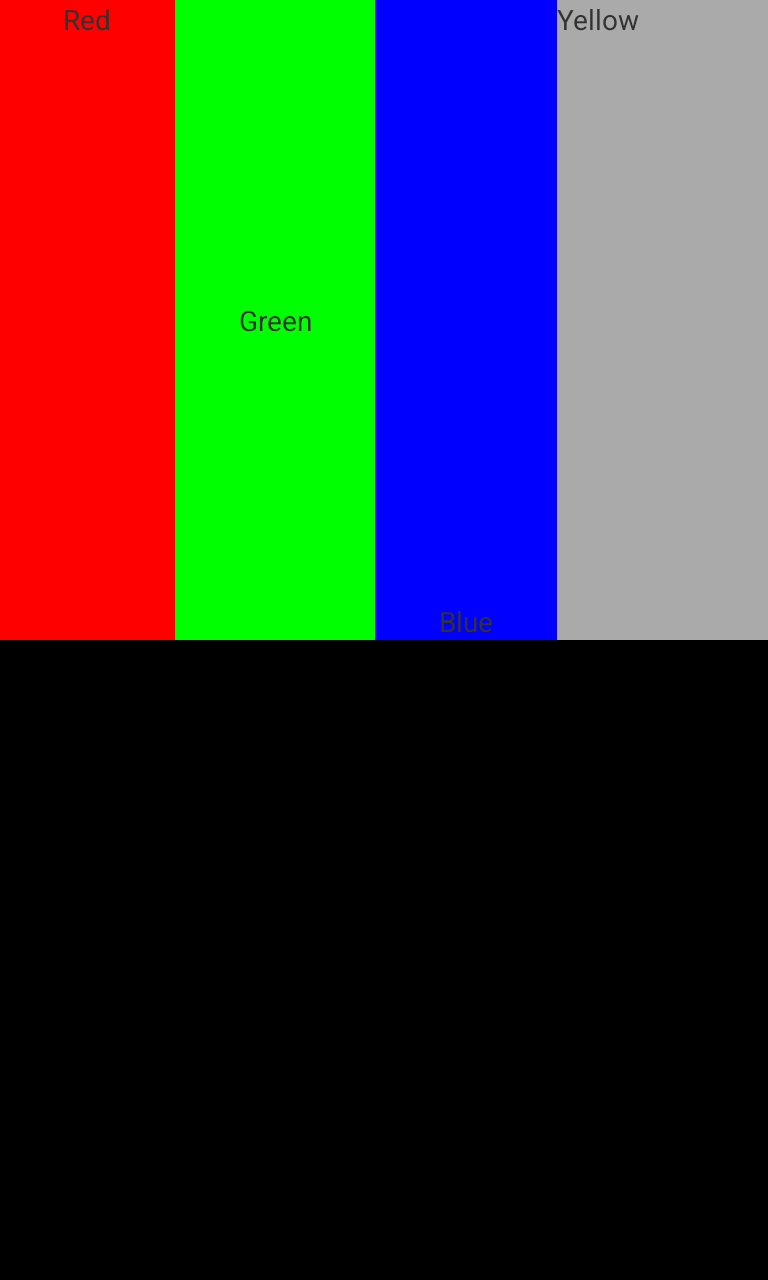
Repository: LuciferUltraM/workspace-utk
Layout: HelloViews/res/layout/activity_main.xml
The author's editor kept a copy of each file at every save. The layout is drawn from the files as they stood at one save, then again after the next save.
It is drawn on a 768 x 1280 px phone screen (xhdpi) without system bars, with theme AppTheme; the app's code is not run.

Above is the layout before, as saved 2013-05-22 08:00:31.

After the next save:
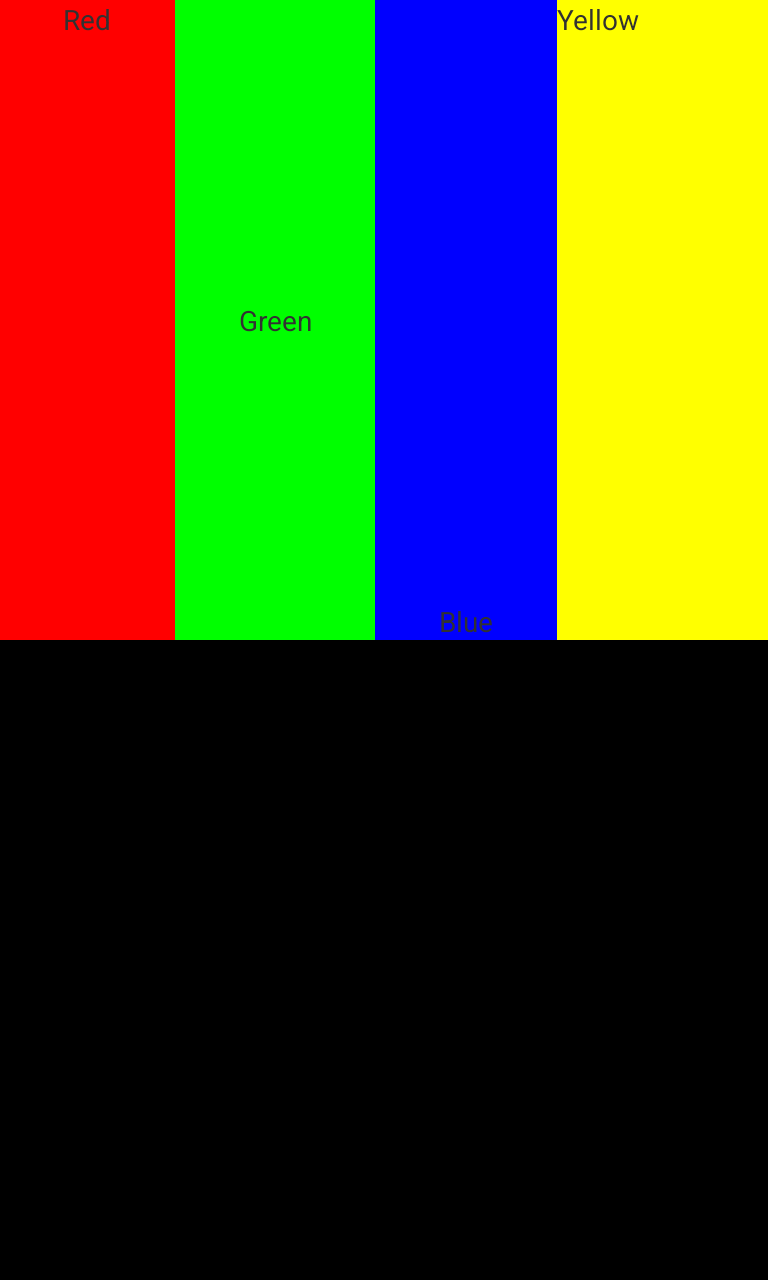
Saved 99 s later.
--- a/HelloViews/res/layout/activity_main.xml
+++ b/HelloViews/res/layout/activity_main.xml
@@ -42,6 +42,7 @@
             android:layout_width="wrap_content"
             android:layout_height="match_parent"
             android:layout_weight="1"
+            android:background="#ffff00"
             android:text="Yellow" />
 
     </LinearLayout>
